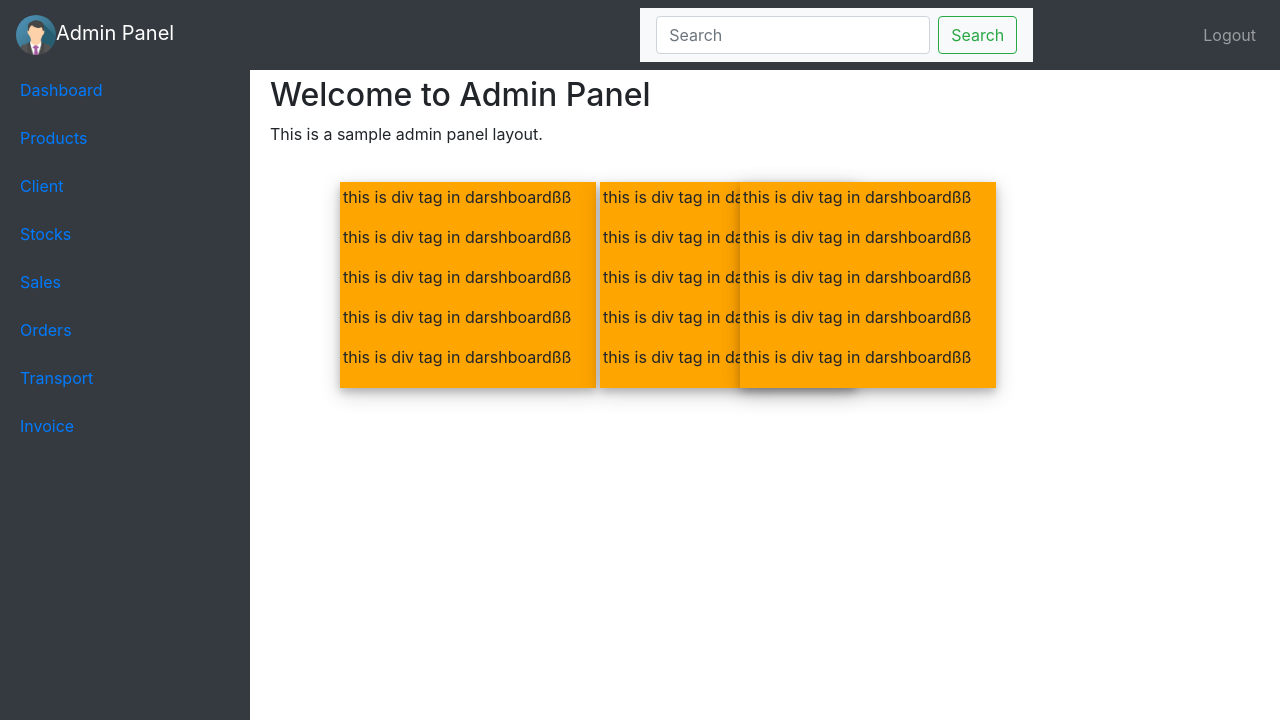
Repository: AmrutaAware/CodingQueens
Page: workspaceBilling/BillingSystem/src/main/webapp/home.html
The author's editor kept a copy of each file at every save. The page is drawn from the files as they stood at one save, then again after the next save.
The browser window is 1280 px wide. The pictures show the whole page.
Some web libraries are served in a nearby version.

Above is the page before, as saved 2024-03-14 11:20:51.

After the next save:
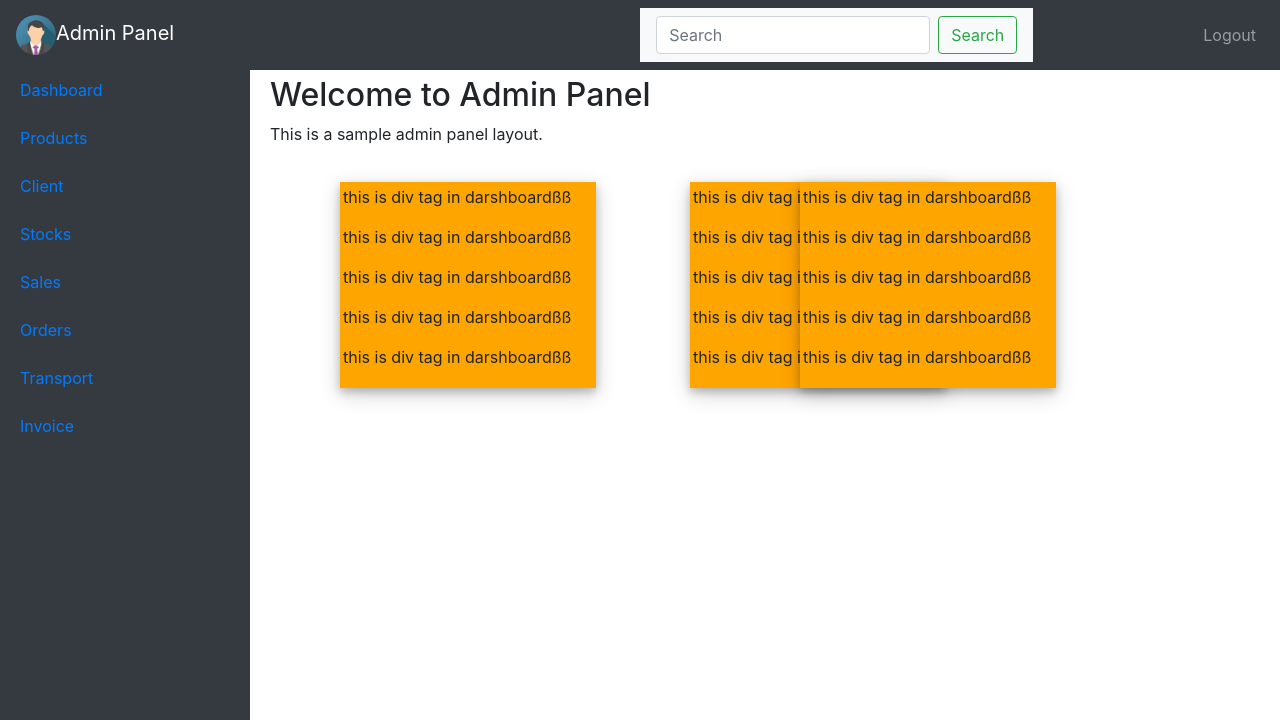
Saved 14 s later.
--- a/workspaceBilling/BillingSystem/src/main/webapp/home.html
+++ b/workspaceBilling/BillingSystem/src/main/webapp/home.html
@@ -53,7 +53,7 @@
     width:20%;
     /* height:30%; */
     position:absolute;
-    left:600px;
+    left:690px;
     background:orange;
     border: 3px solid orange;
   box-shadow: 0 4px 8px 0 rgba(0, 0, 0, 0.2), 0 6px 20px 0 rgba(0, 0, 0, 0.19);
@@ -65,7 +65,7 @@
     width:20%;
     /* height:30%; */
     position:absolute;
-    left:740px;
+    left:800px;
     background:orange;
     border: 3px solid orange;
   box-shadow: 0 4px 8px 0 rgba(0, 0, 0, 0.2), 0 6px 20px 0 rgba(0, 0, 0, 0.19);
